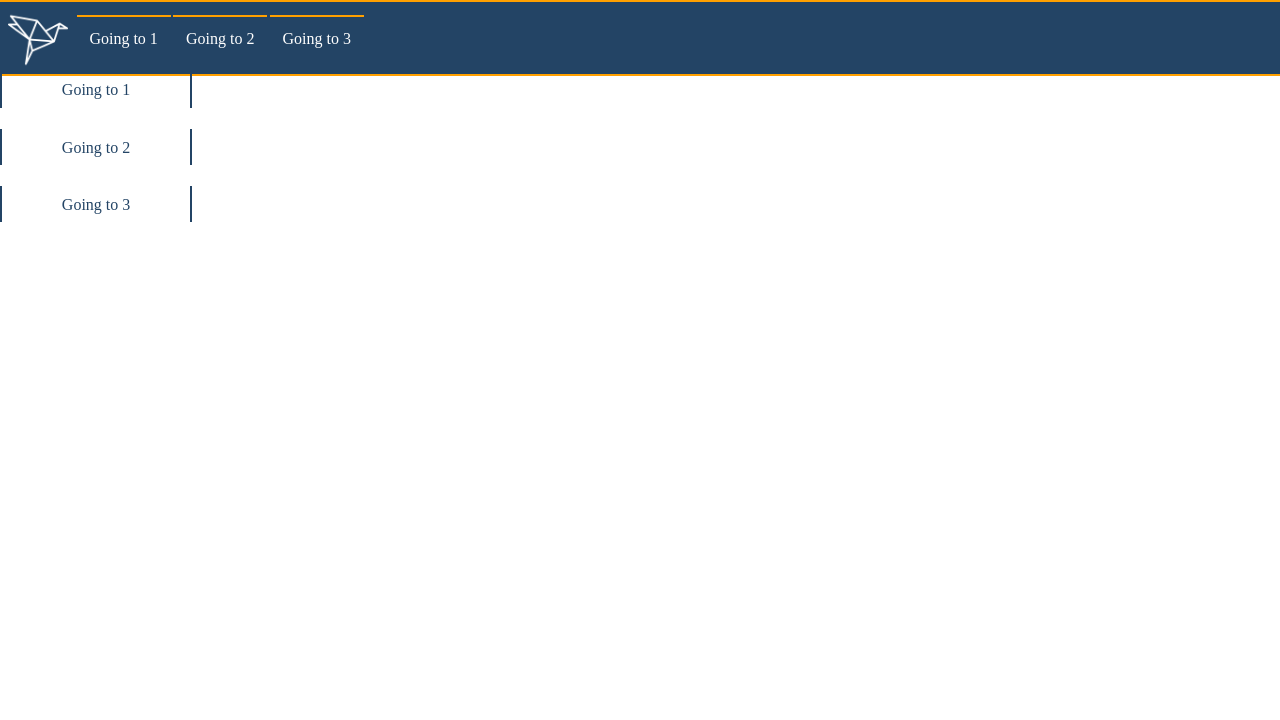
Repository: vsterev/origami
Page: /
The author's editor kept a copy of each file at every save. The page is drawn from the files as they stood at one save, then again after the next save.
The browser window is 1280 px wide. The pictures show the whole page.
The project was rebuilt for these pictures with package versions that can differ from the ones it lists, and the page was loaded fresh each time.

Above is the page before, as saved 2020-07-12 10:47:32.

After the next save:
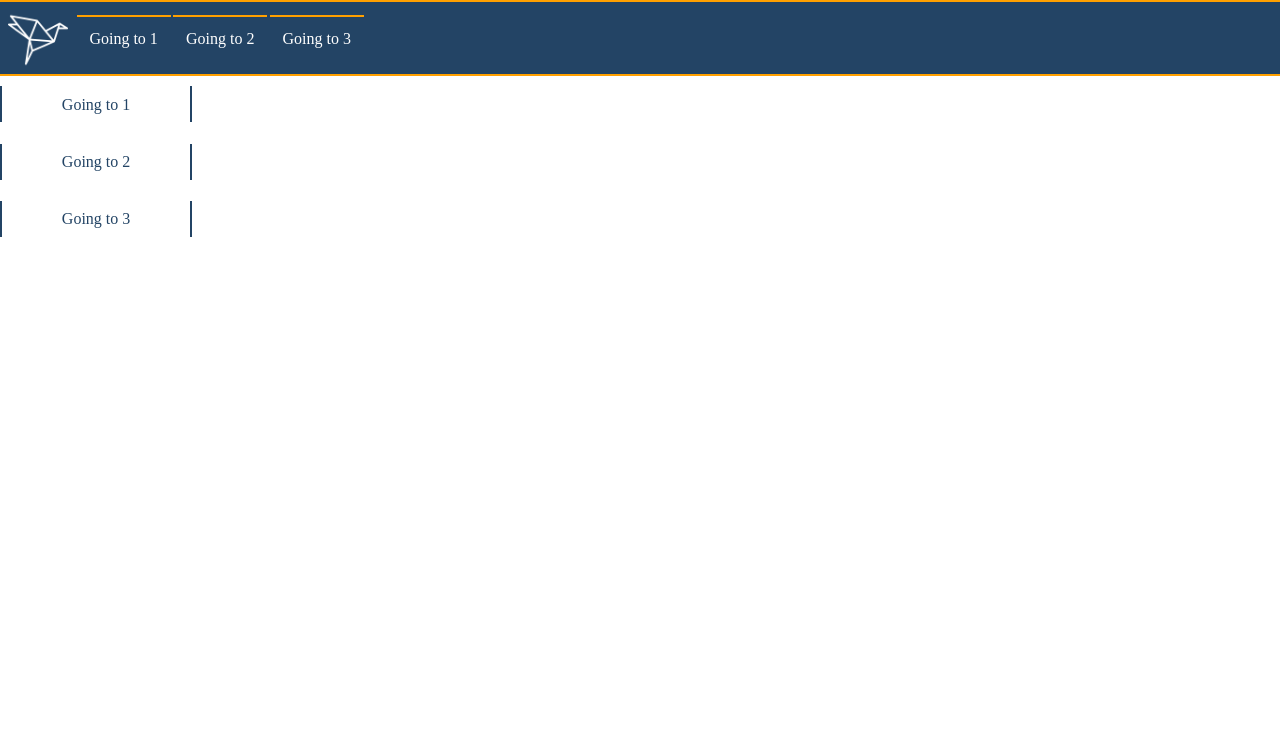
Saved 14 s later.
--- a/src/components/menu/style.css
+++ b/src/components/menu/style.css
@@ -1,6 +1,6 @@
 .Aside {
     position: absolute;
-    top: 10vh;
+    top: 12vh;
     display: inline-block;
     width: 15%;
     margin-right: 1%;
